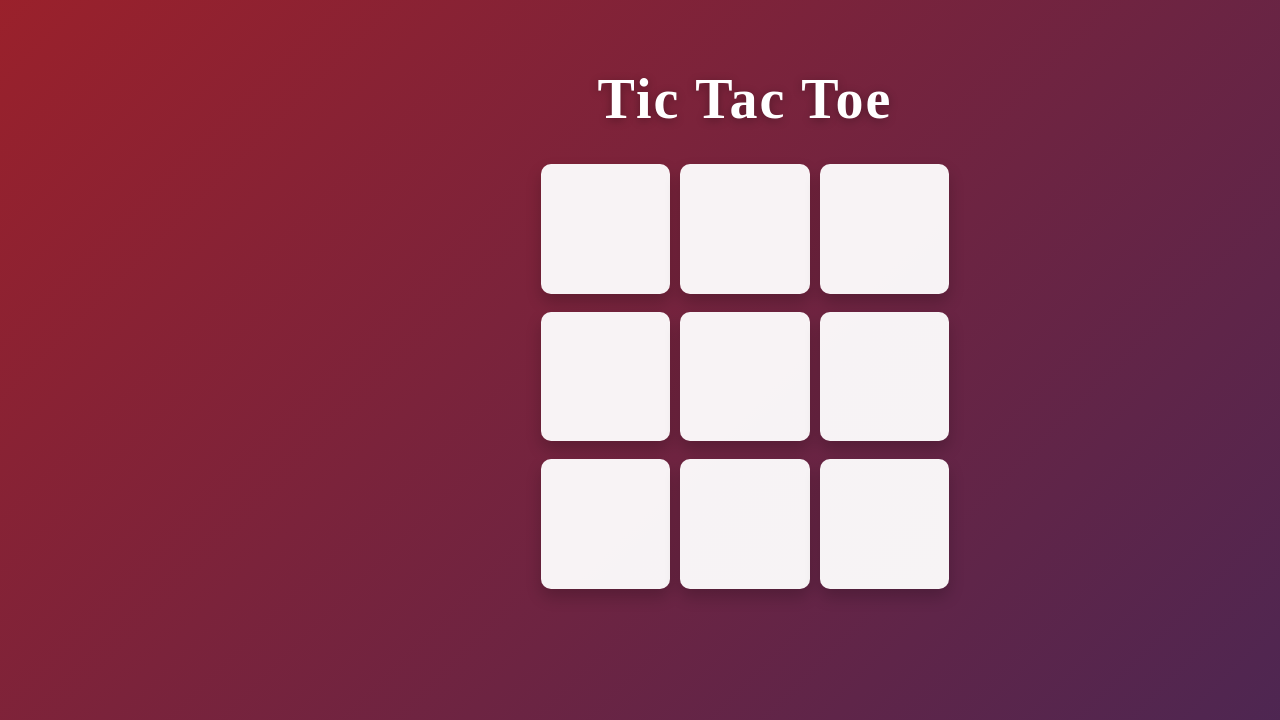
Repository: AreezAnsari/Tic-Tac-Toe
Page: Game/Game.html
An editor plug-in stored every save of this project. The page is shown before and after the next save, followed by the edit.
The browser window is 1280 px wide. The pictures show the whole page.

Above is the page before, as saved 2025-07-22 07:10:06.
Console error: TypeError: box.addEventListener is not a function

After the next save:
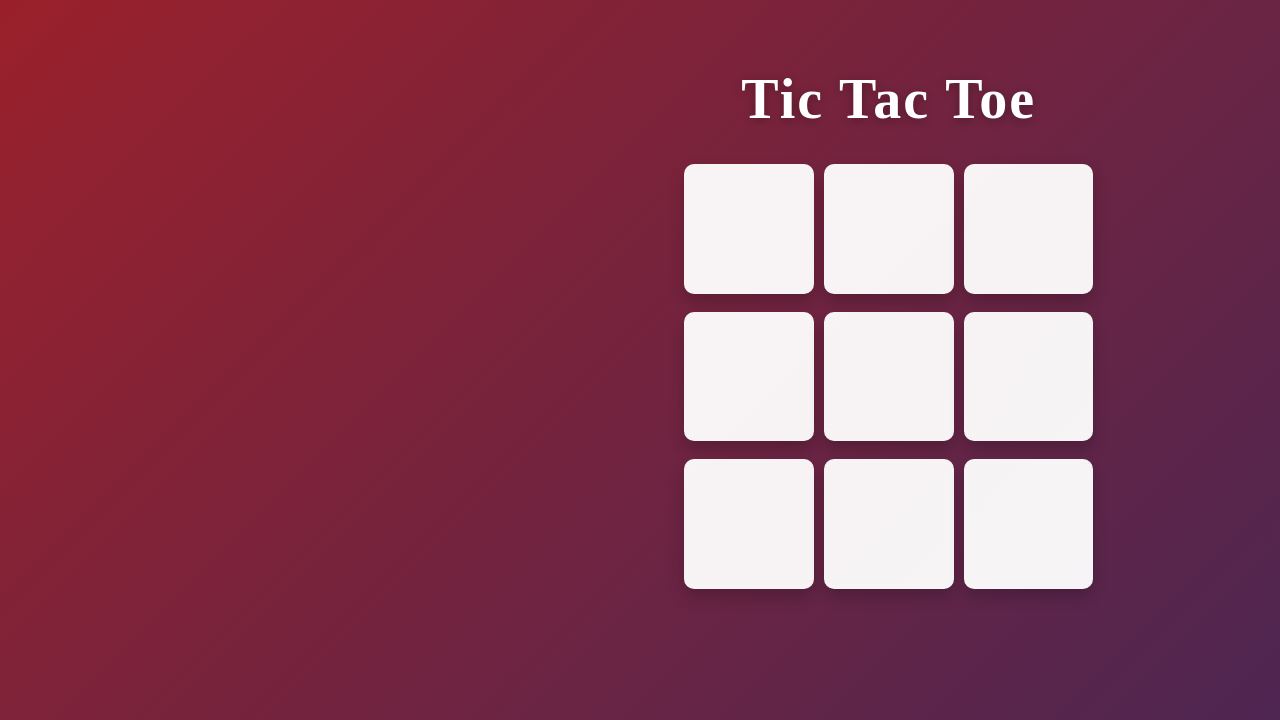
Saved 70 s later.
--- a/Game/Game.html
+++ b/Game/Game.html
@@ -7,8 +7,9 @@
     <link rel="stylesheet" href="Game.css">
 </head>
 <body>
+  <!-- Winner message container at the very top -->
   <div class="msg-container hide">
-    <p class="msg">Winner</p>
+    <p class="msg">🎉 Congratulations! Player X Wins</p>
     <button class="new-btn">New Game</button>
   </div>
 
